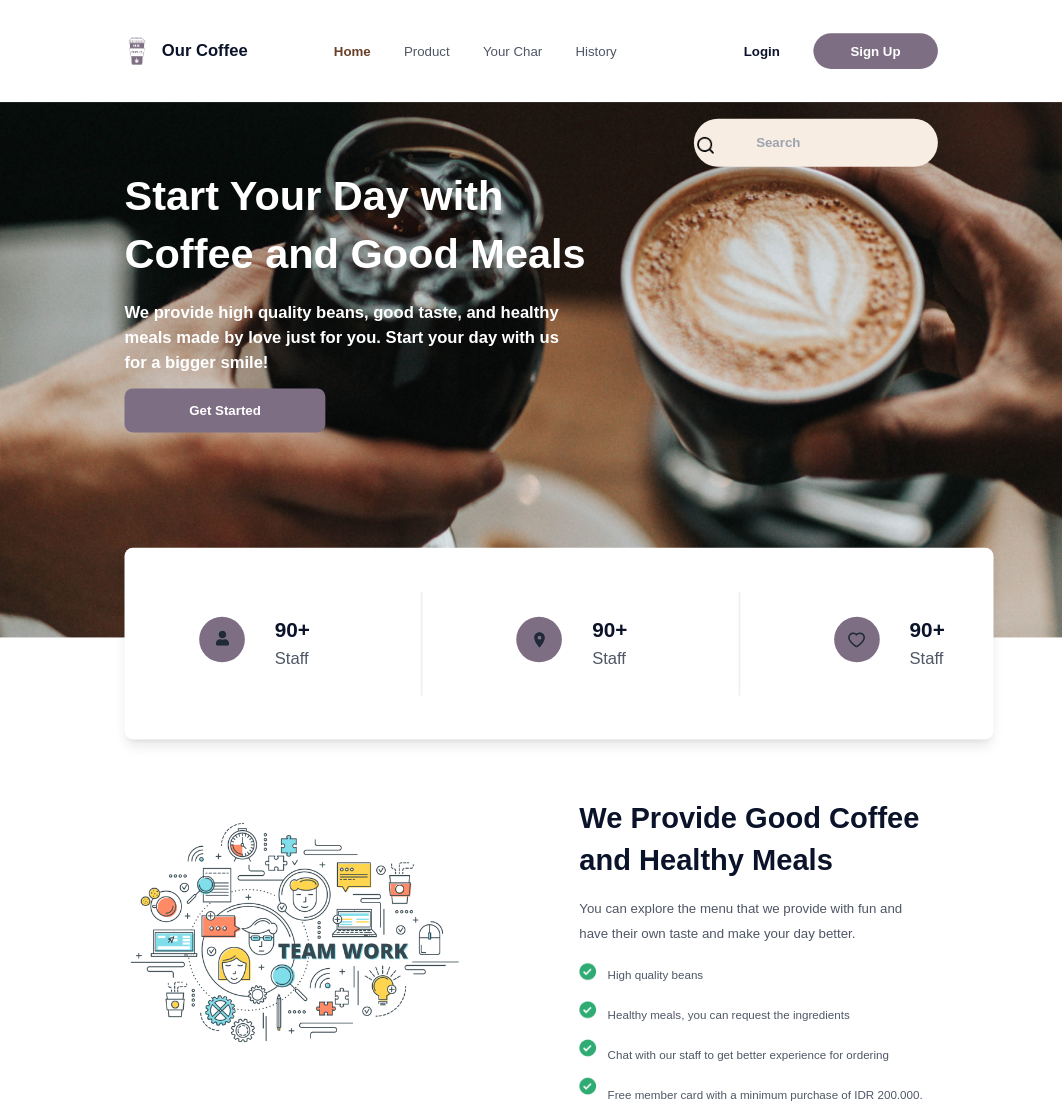
Repository: boykebn/fw12-collab2-FRONTEND
Page: / (app in our/)
The author's editor kept a copy of each file at every save. The page is drawn from the files as they stood at one save, then again after the next save.
The browser window is 1280 px wide. The pictures show the whole page, at 83% of full size.
The project was rebuilt for these pictures with package versions that can differ from the ones it lists, and the page was loaded fresh each time. The framework's server and built-in components were replaced by stand-ins that run in the browser. Also part of the build but not shown: our/next.config.js.

Above is the page before, as saved 2022-12-30 22:48:07.

### our/pages/_app.js
import '../styles/globals.css'
import { Provider } from 'react-redux'
import {store} from '../redux/store'

export default function App({ Component, pageProps }) {
  return (
  <Provider store={store}>
    <Component {...pageProps} />
  </Provider>
  )
}

### our/pages/index.js
import React from "react";
import Image from "next/image";
import logo from "../assets/logoOurCoffee.png";
import Link from "next/link";
import search from "../assets/search.png";
import profileIcon from "../assets/profile-icon.png";
import { FaUser } from "react-icons/fa";
import { MdLocationOn } from "react-icons/md";
import { AiOutlineHeart } from "react-icons/ai";
import layer2 from "../assets/img-layer2.png";
import ceklis from "../assets/ceklis.png";
export default function Home() {
  return (
    <div className="font-rubik">
      <div className="px-[150px] py-[45px] flex items-center">
        <div className="flex flex-1 items-center">
          <Image src={logo} alt="logo" className="w-[30px] h-[33px] mr-[15px]" />
          <span className="text-[#0B132A] text-[20px] font-bold leading-[23px]">Our Coffee</span>
        </div>
        <div className=" text-[#4F5665] text-[16px] mr-[153px]">
          <span className="font-bold text-[#6A4029] mr-[40px]">Home</span>
          <span className="mr-[40px]">Product</span>
          <span className="mr-[40px]">Your Char</span>
          <span>History</span>
        </div>
        <div className="text-[16px] font-[600] leading-[19px]">
          <Link href="#" className="mr-[40px] text-[#0B132A]">
            Login
          </Link>
          <Link href="#" className="text-white border-1 bg-[#7d6e83] py-[13px] px-[45px] rounded-[50px]">
            Sign Up
          </Link>
        </div>
      </div>
      <div className="bg-[url('../assets/background-home.png')] h-[645px] ">
        <div className="px-[150px] flex">
          <div className="pt-[78px] mr-auto">
            <p className="text-white text-[50px] font-bold leading-[70px] w-[570px] mb-[20px]">Start Your Day with Coffee and Good Meals</p>
            <p className="text-white text-[20px] font-bold leading-[30px] w-[555px] mb-[32px]">We provide high quality beans, good taste, and healthy meals made by love just for you. Start your day with us for a bigger smile!</p>
            <Link href="#" className="text-white text-[16px] font-bold border-1 px-[78px] py-[18px] bg-[#7d6e83] rounded-[10px]">
              Get Started
            </Link>
          </div>
          <div className="pt-[20px]">
            <Image src={search} alt="search" className="absolute top-[165px] right-[420px]" />
            <input placeholder="Search" className="focus:outline-none bg-[#f8ede3] py-[17px] pl-[75px] font-[900] rounded-[30px]" />
          </div>
        </div>
      </div>
      <div className="pl-[90px] pr-[59px] py-[53px] border-1 bg-white absolute left-[150px] top-[660px] rounded-[10px] flex items-center shadow-lg mb-[103px]">
        <div className="flex">
          <div className="mr-[36px]">
            <FaUser className="w-[16px] h-[18px] absolute left-[110px] top-[100px]" />
            <div className="border-1 bg-[#7d6e83] w-[55px] h-[55px] rounded-[50%] \"></div>
          </div>
          <div className="mr-[134px]">
            <p className="text-[#0B132A] text-[25px] font-bold leading-[30px] mb-[5px]">90+</p>
            <p className="text-[#4F5665] text-[20px] leading-[30px]">Staff</p>
          </div>
        </div>
        <hr className="bg-[#EEEFF2] w-[2px] h-[125px] mr-[113px]" />
        <div className="flex">
          <div className="mr-[36px]">
            <MdLocationOn className="w-[22px] h-[26px] absolute left-[489px] top-[98px]" />
            <div className="border-1 bg-[#7d6e83] w-[55px] h-[55px] rounded-[50%] \"></div>
          </div>
          <div className="mr-[134px]">
            <p className="text-[#0B132A] text-[25px] font-bold leading-[30px] mb-[5px]">90+</p>
            <p className="text-[#4F5665] text-[20px] leading-[30px]">Staff</p>
          </div>
        </div>
        <hr className="bg-[#EEEFF2] w-[2px] h-[125px] mr-[113px]" />
        <div className="flex">
          <div className="mr-[36px]">
            <AiOutlineHeart className="w-[24px] h-[28px] absolute left-[870px] top-[97px]" />
            <div className="border-1 bg-[#7d6e83] w-[55px] h-[55px] rounded-[50%] \"></div>
          </div>
          <div className="">
            <p className="text-[#0B132A] text-[25px] font-bold leading-[30px] mb-[5px]">90+</p>
            <p className="text-[#4F5665] text-[20px] leading-[30px]">Staff</p>
          </div>
        </div>
      </div>
      <div className="pt-[193px] px-[150px] flex">
        <div className="mr-[139px]">
          <Image src={layer2} alt="img-layer-2" />
        </div>
        <div>
          <div className="mb-[20px]">
            <p className="text-[#0B132A] text-[35px] font-bold leading-[50px] w-[432px] mb-[19px]">We Provide Good Coffee and Healthy Meals</p>
            <p className="text-[#4F5665] text-[16px] leading-[30px] w-[427px]">You can explore the menu that we provide with fun and have their own taste and make your day better.</p>
          </div>
          <div className="flex">
            <div className="mr-[13px]">
              <Image src={ceklis} alt="ceklis" className="mb-[25px]" />
              <Image src={ceklis} alt="ceklis" className="mb-[25px]" />
              <Image src={ceklis} alt="ceklis" className="mb-[25px]" />
              <Image src={ceklis} alt="ceklis" />
            </div>
            <div className="text-[#4F5665] text-[14px] leading-[30px]">
              <p className="mb-[18px]">High quality beans</p>
              <p className="mb-[18px]">Healthy meals, you can request the ingredients</p>
              <p className="mb-[18px]">Chat with our staff to get better experience for ordering</p>
              <p>Free member card with a minimum purchase of IDR 200.000.</p>
            </div>
          </div>
        </div>
      </div>
    </div>
  );
}

### our/styles/globals.css
@tailwind base;
@tailwind components;
@tailwind utilities;

@import url("https://fonts.googleapis.com/css2?family=Rubik&display=swap");

### our/redux/store.js
import { configureStore } from '@reduxjs/toolkit';
import thunk from 'redux-thunk'
import reducer from './reducers';
import {persistStore} from 'redux-persist'

const store = configureStore({
    reducer,
    middleware: [thunk]
})

const persistor = persistStore(store)

export {store, persistor}

### our/redux/reducers/index.js
import {combineReducers} from '@reduxjs/toolkit';
import {persistReducer} from 'redux-persist'
import storage from 'redux-persist/lib/storage'
import auth from './auth'

const authConfig = {
    key: 'auth',
    storage
}

const reducer = combineReducers({
    auth: persistReducer(authConfig, auth),
})

export default reducer

### our/redux/reducers/auth.js
import {createSlice} from '@reduxjs/toolkit'

const initialState = {
    token: null
}

const authReducer = createSlice({
    name: 'auth',
    initialState,
    reducers: {
        logout: (state, action) => {
            return initialState
        }
    },
    extraReducers: (build) => {
    }
})

export const { logout } = authReducer.actions

export default authReducer.reducer

### our/tailwind.config.js
/** @type {import('tailwindcss').Config} */
module.exports = {
  content: ["./pages/**/*.{js,ts,jsx,tsx}", "./components/**/*.{js,ts,jsx,tsx}"],
  theme: {
    extend: {
      fontFamily: {
        rubik: ["Rubik", "sans-serif"],
      },
    },
  },
  plugins: [require("daisyui")],
};

After the next save:
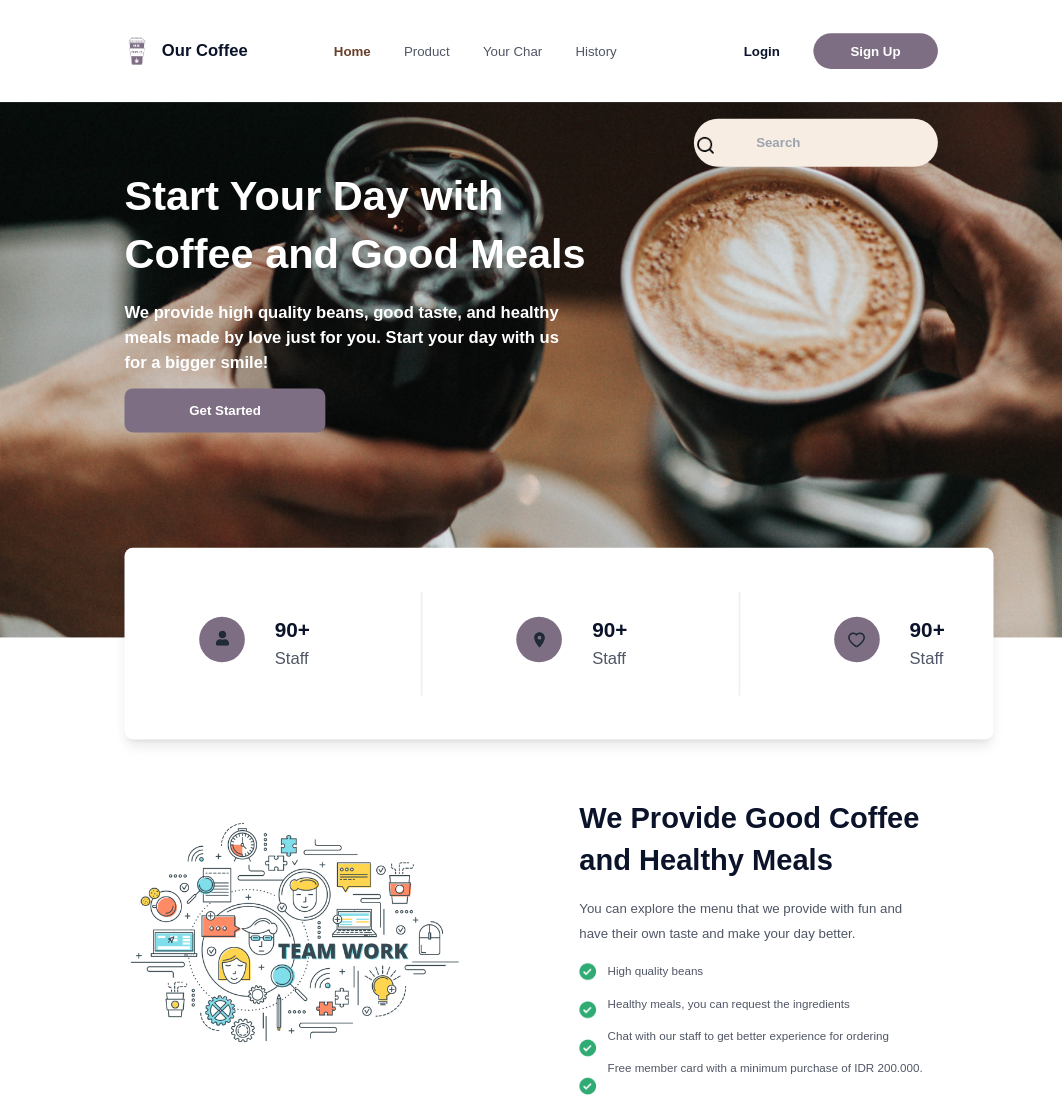
Saved 51 s later.
--- a/our/pages/index.js
+++ b/our/pages/index.js
@@ -97,7 +97,7 @@ export default function Home() {
               <Image src={ceklis} alt="ceklis" className="mb-[25px]" />
               <Image src={ceklis} alt="ceklis" />
             </div>
-            <div className="text-[#4F5665] text-[14px] leading-[30px]">
+            <div className="text-[#4F5665] text-[14px]">
               <p className="mb-[18px]">High quality beans</p>
               <p className="mb-[18px]">Healthy meals, you can request the ingredients</p>
               <p className="mb-[18px]">Chat with our staff to get better experience for ordering</p>
